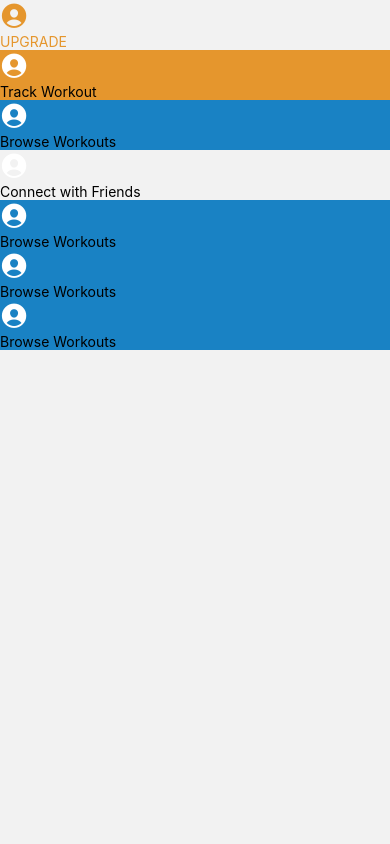
Repository: katjalmarko/React-Native-Fitness-App-with-Subscription
Screen: /
These files come from the project's save history. The screen is drawn as it stood at one moment and after the next save; the edit follows.
Pictures or frames that could not be fetched are drawn as grey boxes. The app was drawn by React Native's web renderer in a window 390 px wide. The project was rebuilt for these pictures with package versions that can differ from the ones it lists, and the page was loaded fresh each time.

Above is the screen before, as saved 2023-05-08 18:00:20.

After the next save:
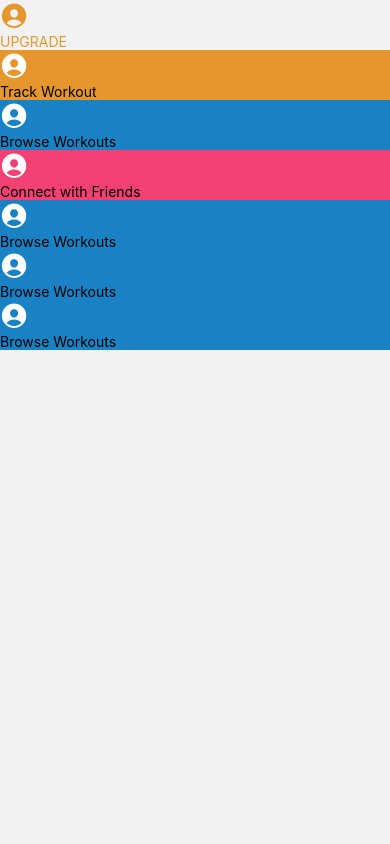
Saved 4 s later.
--- a/screens/HomeScreen.tsx
+++ b/screens/HomeScreen.tsx
@@ -36,7 +36,7 @@ const HomeScreen = () => {
         <ActionRow
           title="Connect with Friends"
           screen="Demo"
-          color="#"
+          color="#F44174"
           icon="library"
           vertical
         />
